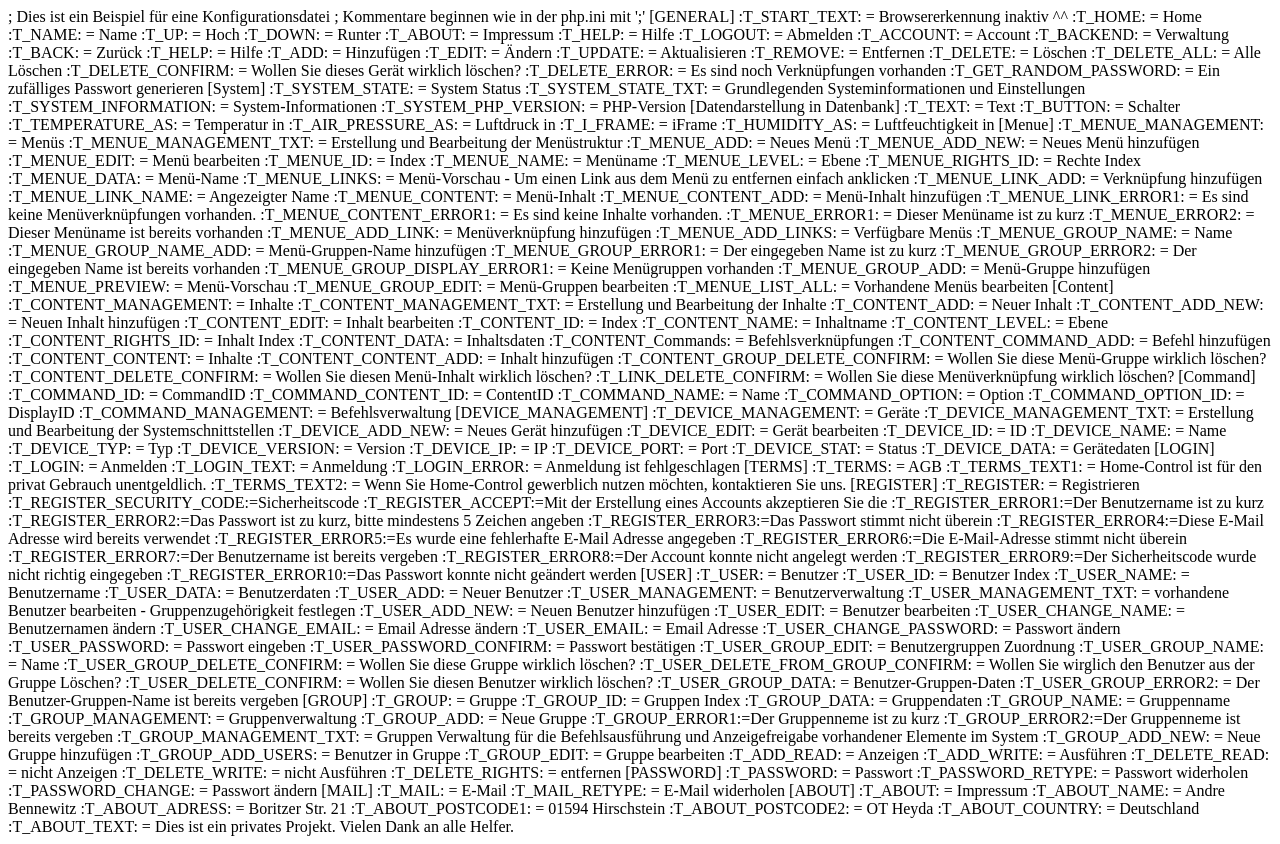
Repository: 0xF3ERROR/Home-Control
Page: http://localhost/language/lang_Ger.php
The author's editor kept a copy of each file at every save. The page is drawn from the files as they stood at one save, then again after the next save.
The browser window is 1280 px wide. The pictures show the whole page.
The page is run by PHP 8.4 with error messages shown; the project is at /var/www/html/.

Above is the page before, as saved 2012-09-16 13:50:57.

After the next save:
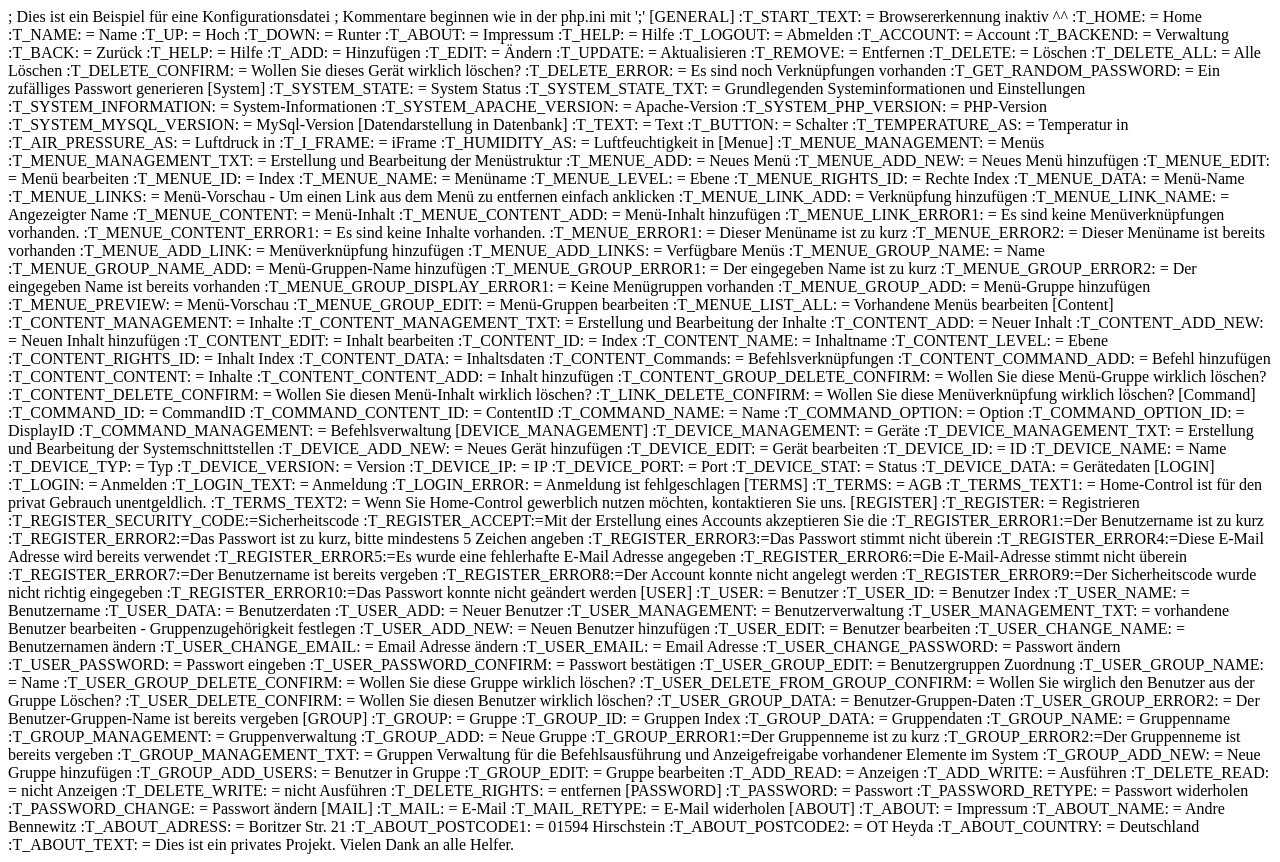
Saved 10 s later.
--- a/Source/language/lang_Ger.php
+++ b/Source/language/lang_Ger.php
@@ -30,7 +30,9 @@
 :T_SYSTEM_STATE: = System Status
 :T_SYSTEM_STATE_TXT: = Grundlegenden Systeminformationen und Einstellungen
 :T_SYSTEM_INFORMATION: = System-Informationen
+:T_SYSTEM_APACHE_VERSION: = Apache-Version
 :T_SYSTEM_PHP_VERSION: = PHP-Version
+:T_SYSTEM_MYSQL_VERSION: = MySql-Version
 
 
 
